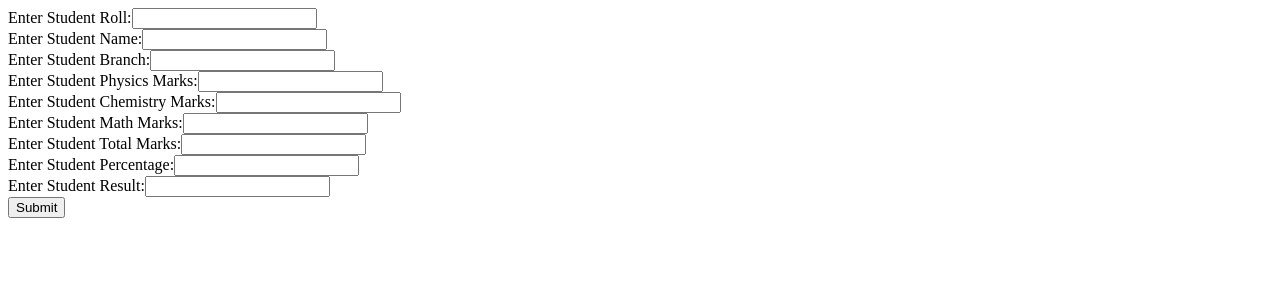
Repository: sudeepnagar/Advanced71
Page: App_servlet_3_JSP_Assignment2/src/main/webapp/student.html
The author's editor kept a copy of each file at every save. The page is drawn from the files as they stood at one save, then again after the next save.
The browser window is 1280 px wide. The pictures show the whole page.

Above is the page before, as saved 2025-03-05 09:29:27.

After the next save:
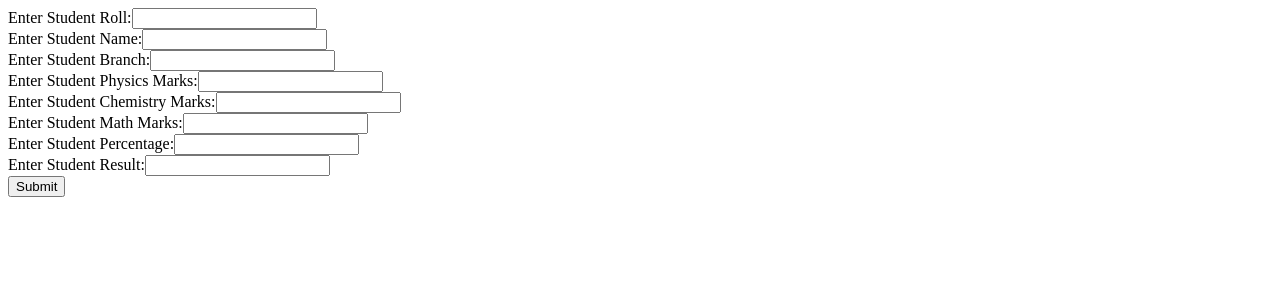
Saved 7 min 7 s later.
--- a/App_servlet_3_JSP_Assignment2/src/main/webapp/student.html
+++ b/App_servlet_3_JSP_Assignment2/src/main/webapp/student.html
@@ -13,7 +13,7 @@
  Enter Student Physics Marks:<input type="text" name="sphmarks"><br>
  Enter Student Chemistry Marks:<input type="text" name="schmarks"><br>
  Enter Student Math Marks:<input type="text" name="smmarks"><br>
- Enter Student Total Marks:<input type="text" name="stotmarks"><br>
+
  Enter Student Percentage:<input type="text" name="sper"><br>
  Enter Student Result:<input type="text" name="sres"><br>
 <input type="Submit" name="Display">
